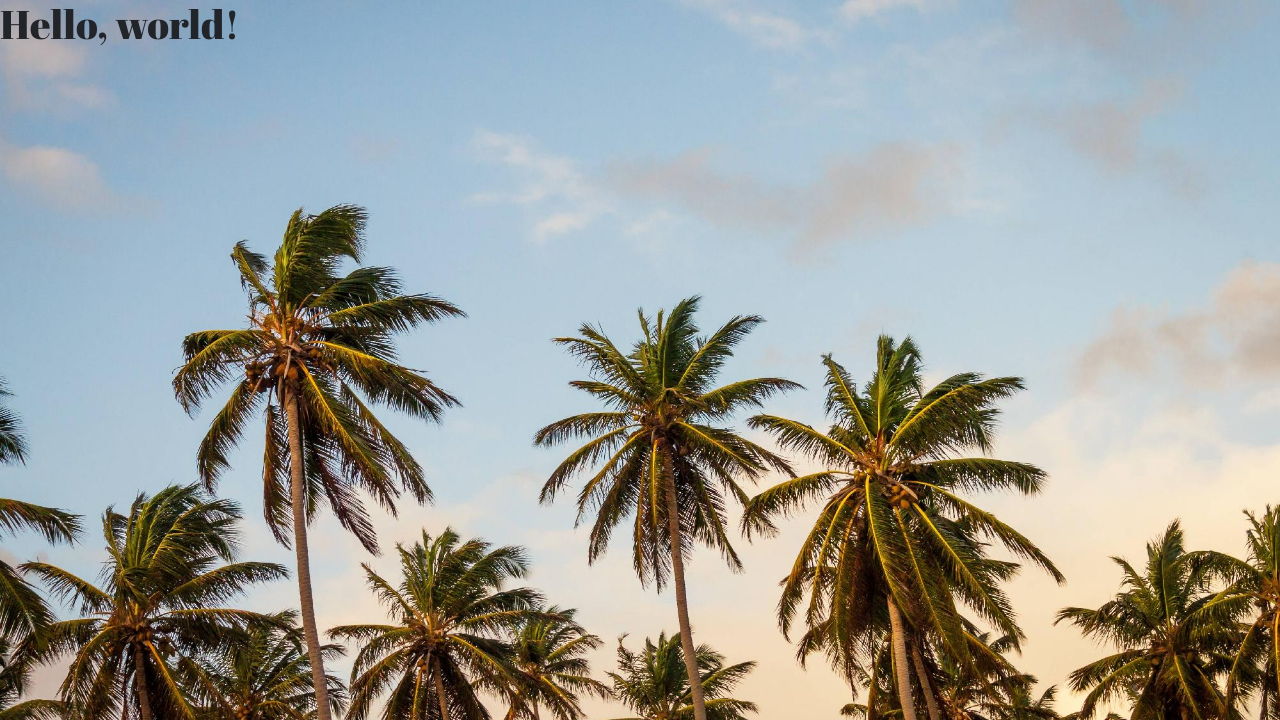
Repository: projectchen88/firstproject
Page: index.html
The author's editor kept a record of every edit. The page is drawn from the files as they stood at one moment, then again after the next edit.
The browser window is 1280 px wide. The pictures show the whole page.
Backgrounds fixed to the window are drawn as part of the page. Some web libraries are served in a nearby version.

Above is the page before.

### index.html
<!doctype html>
<html lang="en">
  <head>
    <!-- Required meta tags -->
    <meta charset="utf-8">
    <meta name="viewport" content="width=device-width, initial-scale=1, shrink-to-fit=no">

    <!-- Bootstrap CSS -->
    <link rel="stylesheet" href="https://maxcdn.bootstrapcdn.com/bootstrap/4.0.0/css/bootstrap.min.css" integrity="sha384-Gn5384xqQ1aoWXA+058RXPxPg6fy4IWvTNh0E263XmFcJlSAwiGgFAW/dAiS6JXm" crossorigin="anonymous">

    <!--Nav Font-->
    <link href="https://fonts.googleapis.com/css2?family=Abril+Fatface&family=Lalezar&family=Passion+One:wght@700&display=swap" rel="stylesheet">

    <!--Font Awesome link-->
    <link rel="stylesheet" href="https://cdnjs.cloudflare.com/ajax/libs/font-awesome/4.7.0/css/font-awesome.min.css">

    <!--CSS Style Sheet-->
    <link href="styles/style.css" rel="stylesheet">

    <title>Chen Weili | Full Stack Programmer </title>

  </head>
  <body>
    <h1>Hello, world!</h1>

    <!-- Optional JavaScript -->
    <!-- jQuery first, then Popper.js, then Bootstrap JS -->
    <script src="https://code.jquery.com/jquery-3.2.1.slim.min.js" integrity="sha384-KJ3o2DKtIkvYIK3UENzmM7KCkRr/rE9/Qpg6aAZGJwFDMVNA/GpGFF93hXpG5KkN" crossorigin="anonymous"></script>
    <script src="https://cdnjs.cloudflare.com/ajax/libs/popper.js/1.12.9/umd/popper.min.js" integrity="sha384-ApNbgh9B+Y1QKtv3Rn7W3mgPxhU9K/ScQsAP7hUibX39j7fakFPskvXusvfa0b4Q" crossorigin="anonymous"></script>
    <script src="https://maxcdn.bootstrapcdn.com/bootstrap/4.0.0/js/bootstrap.min.js" integrity="sha384-JZR6Spejh4U02d8jOt6vLEHfe/JQGiRRSQQxSfFWpi1MquVdAyjUar5+76PVCmYl" crossorigin="anonymous"></script>
  </body>
</html>

### styles/style.css
h1,h2, h5 {
    font-family: 'Abril Fatface', cursive;
}
/* NAVBAR - Styling for navbar-brand and nav-link*/
.navbar-brand {
    font-family: 'Abril Fatface', cursive;
    font-size: 1.3rem;
}
.nav-link-custom {
    font-family: 'Abril Fatface', cursive;
    font-size: 1.1rem;
}

/* BODY - SET FIXED background image */
body {
    height : 200px;
    height: auto;
    background-image: url('../images/palmtrees.jpg');
    background-repeat: no-repeat;
    background-position: center;
    background-size: cover;
    background-attachment: fixed;
}

#portrait {
    height : 15rem;
    width : auto;
}

.logo1 {
    height : 8rem;
    width : auto;
    position: relative;
    animation-name: drop-codes;
    animation-duration: 3s;
}
@keyframes drop-codes {
  0%   { left:0px; top:-100px;}
  10%  { left:0; top:0px;}
  20%  { left:0px; top:-50px;}
  35%  { left:0px; top:0px;}
  50%  { left:0px; top:-25px;}
  65%  { left:0px; top:0px;}
  75%  { left:0px; top:-12px;}
  85%  { left:0px; top:0px;}
  100% { left:0px; top:0px;}
}
.logo2 {
    height : 8rem;
    width : auto;
    position: relative;
    animation-name: drop-codes;
    animation-duration: 6s;
}
@keyframes drop-codes {
  0%   { left:0px; top:-100px;}
  15%  { left:0; top:0px;}
  25%  { left:0px; top:-50px;}
  35%  { left:0px; top:0px;}
  50%  { left:0px; top:-25px;}
  65%  { left:0px; top:0px;}
  85%  { left:0px; top:-12px;}
  100% { left:0px; top:0px;}
}
.logo3 {
    height : 8rem;
    width : auto;
    position: relative;
    animation-name: drop-codes;
    animation-duration: 5s;
}
@keyframes drop-codes {
  0%   { left:0px; top:-100px;}
  18%  { left:0; top:0px;}
  29%  { left:0px; top:-50px;}
  35%  { left:0px; top:0px;}
  45%  { left:0px; top:-25px;}
  55%  { left:0px; top:0px;}
  75%  { left:0px; top:-12px;}
  85%  { left:0px; top:-0px;}
  95%  { left:0px; top:-25px;}
  100% { left:0px; top:0px;}
}
.logo4 {
    height : 8rem;
    width : auto;
    position: relative;
    animation-name: drop-codes;
    animation-duration: 8s;
}
@keyframes drop-codes {
  0%   { left:0px; top:-100px;}
  15%  { left:0; top:0px;}
  25%  { left:0px; top:-50px;}
  35%  { left:0px; top:0px;}
  50%  { left:0px; top:-25px;}
  65%  { left:0px; top:0px;}
  85%  { left:0px; top:-12px;}
  100% { left:0px; top:0px;}
}

After the next edit:
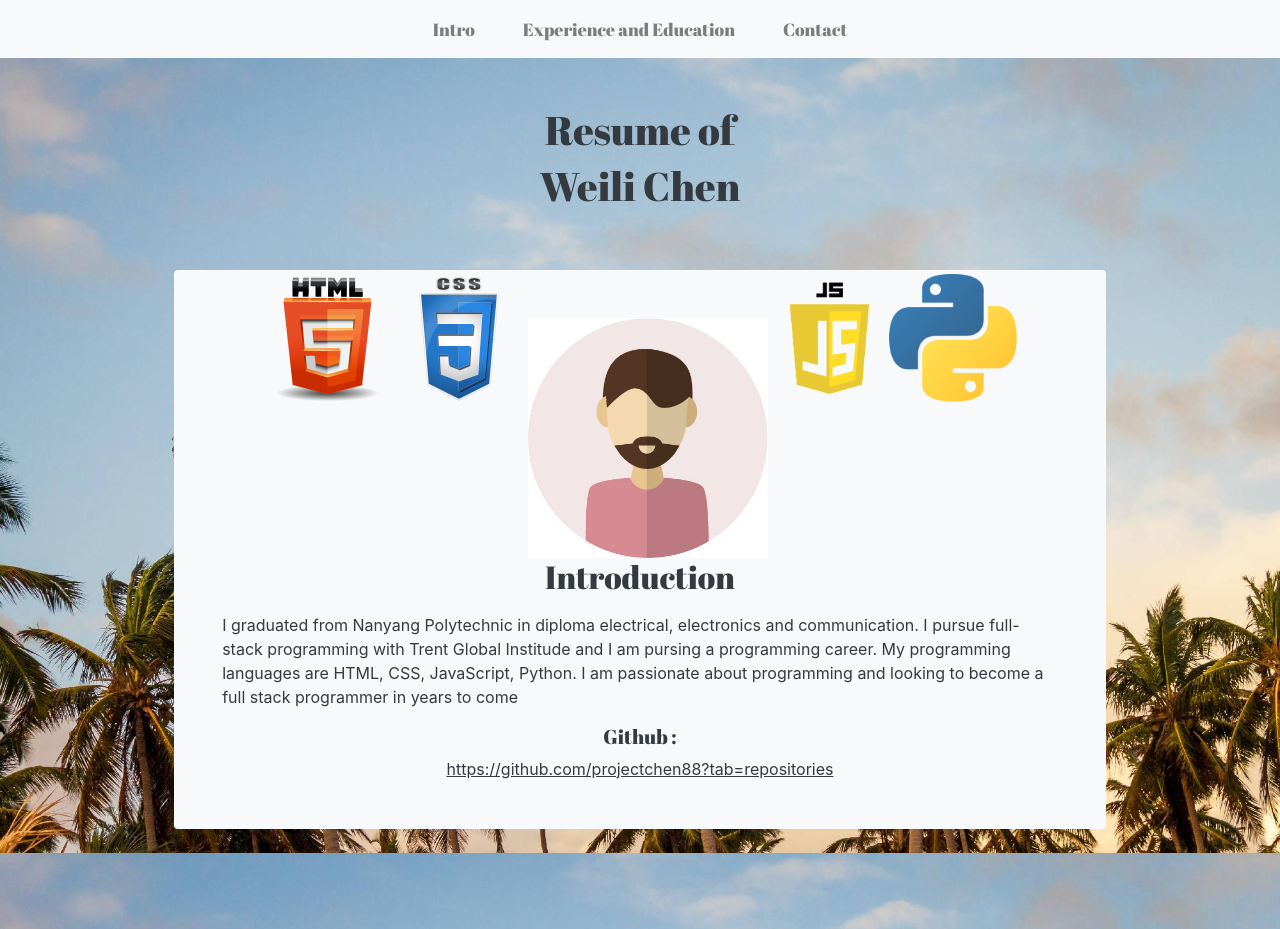
The edit:
--- a/index.html
+++ b/index.html
@@ -1,6 +1,7 @@
 <!doctype html>
 <html lang="en">
-  <head>
+
+<head>
     <!-- Required meta tags -->
     <meta charset="utf-8">
     <meta name="viewport" content="width=device-width, initial-scale=1, shrink-to-fit=no">
@@ -19,14 +20,72 @@
 
     <title>Chen Weili | Full Stack Programmer </title>
 
-  </head>
-  <body>
-    <h1>Hello, world!</h1>
+</head>
+
+<body>
+    <!--Navbar-->
+    <nav class="navbar navbar-expand-lg navbar-light bg-light">
+        <a class="navbar-brand d-sm-none d-block" href="#page-intro">My Resume</a>
+        <button class="navbar-toggler" type="button" data-toggle="collapse" data-target="#navbarSupportedContent" aria-controls="navbarSupportedContent" aria-expanded="false" aria-label="Toggle navigation">
+        <span class="navbar-toggler-icon"></span>
+      </button>
+
+        <div class="collapse navbar-collapse" id="navbarSupportedContent">
+            <ul class="navbar-nav mx-auto">
+
+                <li class="nav-item">
+                    <a class="nav-link nav-link-custom mx-3" href="#page-intro">Intro</a>
+                </li>
+                <li class="nav-item">
+                    <a class="nav-link nav-link-custom mx-3" href="#background">Experience and Education</a>
+                </li>
+                <li class="nav-item">
+                    <a class="nav-link nav-link-custom mx-3" href="#contact">Contact</a>
+                </li>
+            </ul>
+        </div>
+    </nav>
+    <!--end of navbar-->
+
+    <!--Intro about myself-->
+    <main id="page-intro" class='container-fluid p-5 text-dark'>
+        <div class='text-center w-100'>
+            <h1>Resume of</h1>
+            <h1>Weili Chen</h1>
+        </div>
+        <div class="row p-md-5 p-1">
+            <div class="col-md-10 col-12 text-center p-md-5 p-3 bg-light rounded mx-auto my-1">
+                <div>
+                    <img class='d-md-inline d-none logo1' src="images/html5.png"/>
+                    <img class='d-md-inline d-none logo2' src="images/css.png"/>
+                    <img id='portrait' src="images/portrait.jpg"/>
+                    <img class='d-md-inline d-none logo3' src="images/javaScript.png"/>
+                    <img class='d-md-inline d-none logo4' src="images/python.png"/>
+                </div>
+                <h2>Introduction</h2>
+                <div class='text-left mt-3'>
+                    <p> I graduated from Nanyang Polytechnic in diploma electrical, electronics and communication.
+                        I pursue full-stack programming with Trent Global Institude and I am pursing a programming career.
+                        My programming languages are HTML, CSS, JavaScript, Python.
+                        I am passionate about programming and looking to become a full stack programmer in years to come</p>
+                </div>
+                <div>
+                    <h5 class='text-dark'>Github : </h5>
+                    <span><a class='text-dark' href='https://github.com/projectchen88?tab=repositories' target='blank'><u> https://github.com/projectchen88?tab=repositories</u></a></span>
+                </div>
+            </div>
+        </div>
+
+    </main>
+    <!--end of intro-->
+
+
 
     <!-- Optional JavaScript -->
     <!-- jQuery first, then Popper.js, then Bootstrap JS -->
     <script src="https://code.jquery.com/jquery-3.2.1.slim.min.js" integrity="sha384-KJ3o2DKtIkvYIK3UENzmM7KCkRr/rE9/Qpg6aAZGJwFDMVNA/GpGFF93hXpG5KkN" crossorigin="anonymous"></script>
     <script src="https://cdnjs.cloudflare.com/ajax/libs/popper.js/1.12.9/umd/popper.min.js" integrity="sha384-ApNbgh9B+Y1QKtv3Rn7W3mgPxhU9K/ScQsAP7hUibX39j7fakFPskvXusvfa0b4Q" crossorigin="anonymous"></script>
     <script src="https://maxcdn.bootstrapcdn.com/bootstrap/4.0.0/js/bootstrap.min.js" integrity="sha384-JZR6Spejh4U02d8jOt6vLEHfe/JQGiRRSQQxSfFWpi1MquVdAyjUar5+76PVCmYl" crossorigin="anonymous"></script>
-  </body>
+</body>
+
 </html>
